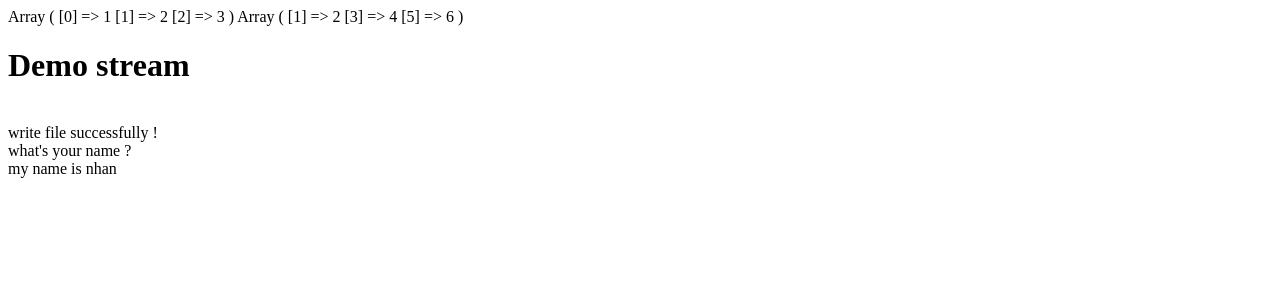
Repository: HoangLinh2001/PHP
Page: http://localhost/demoFunction.php
An editor plug-in stored every save of this project. The page is shown before and after the next save, followed by the edit.
The browser window is 1280 px wide. The pictures show the whole page.
The page is run by PHP 8.4 with error messages shown; the project is at /var/www/html/.

Above is the page before, as saved 2023-06-20 18:52:08.

### DEMOPHPBUOI2/demoFunction.php
<?php
$myArray = [1, 2, 3, 4, 5];
array_push($myArray, 6, 7);
array_pop($myArray);
array_shift($myArray);
array_unshift($myArray, 9);
$array2 = [4, 8, 3];
$mergedArray = array_merge($myArray, $array2);
$myArray2 = [1, 2, 3, 4, 5];
$sliceArray = array_slice($myArray2, 0, 3);
print_r($sliceArray);
// array filter
$filterNumber = array_filter($myArray, function ($num) {
    return $num % 2 == 0;
});
print_r($filterNumber);
echo "<br> <h1>Demo stream</h1> <br/>";
$filePath = "example.txt";
// write content to the file
$fileHandle = fopen($filePath, "w");
if ($fileHandle) {
    $contentToWrite = "<br>what's your name ? <br> my name is nhan \n";
    fwrite($fileHandle, $contentToWrite);
    fclose($fileHandle);
    echo "write file successfully ! \n";
} else {
    echo "fail to open the file for writing \n";
}

// read the content from the file
$fileHandle = fopen($filePath, "r");
if ($fileHandle) {
    while (($line = fgets($fileHandle)) !== false) {
        echo $line . "<br/>";
    }
    fclose($fileHandle);
} else {
    echo "fail to open the file for reading";
}
?>

### DEMOPHPBUOI2/example.txt
what's your name ?
hello

After the next save:
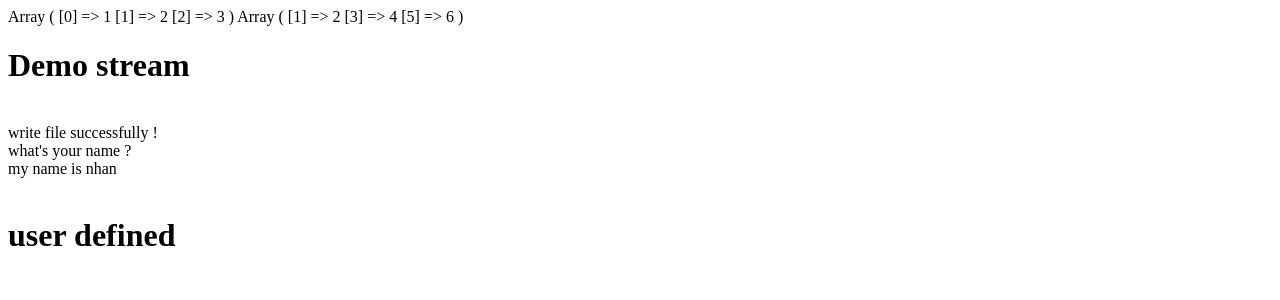
Saved 2 min 48 s later.
--- a/DEMOPHPBUOI2/demoFunction.php
+++ b/DEMOPHPBUOI2/demoFunction.php
@@ -37,4 +37,14 @@ if ($fileHandle) {
 } else {
     echo "fail to open the file for reading";
 }
+
+echo "<br><h1>user defined </h1></br>";
+function even_number()
+{
+    for ($i = 0; $i < 10; $i++) {
+        if ($i % 2 == 0) {
+            echo "<br>", $i;
+        }
+    }
+}
 ?>
